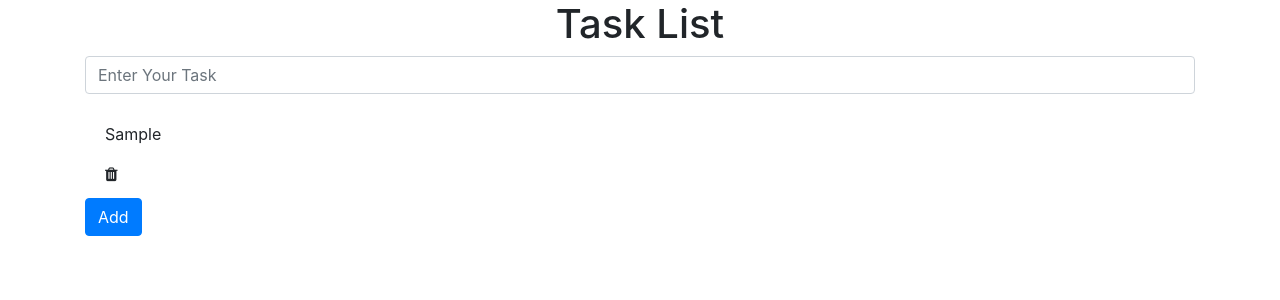
Repository: hoangphuong965/todolist
Page: index.html
These files come from the project's save history. The page is drawn as it stood at one moment and after a run of saves; the edit follows.
The browser window is 1280 px wide. The pictures show the whole page.
Empty fields were first filled with sample values (such as "Sample", 5 or name@example.com).
After loading, the first visible `form.form` was submitted once.

Above is the page before, as saved 2020-09-04 14:19:06.

### index.html
<!DOCTYPE html>
<html lang="en">

<head>
     <meta charset="UTF-8">
     <meta name="viewport" content="width=device-width, initial-scale=1.0">
     <title>Document</title>
     <link rel="stylesheet" href="https://stackpath.bootstrapcdn.com/bootstrap/4.3.1/css/bootstrap.min.css"
          integrity="sha384-ggOyR0iXCbMQv3Xipma34MD+dH/1fQ784/j6cY/iJTQUOhcWr7x9JvoRxT2MZw1T" crossorigin="anonymous">
     <link rel="stylesheet" href="https://maxcdn.bootstrapcdn.com/font-awesome/4.7.0/css/font-awesome.min.css">
     <link rel="stylesheet" href="style.css">
</head>

<body>
     <div class="container">
          <h1 class="text-center">Task List</h1>
          <form class="form">
               <div class="form-group ">
                    <input type="text" class="form-control" style="outline-color: black;" placeholder="Enter Your Task">
               </div>
               <div class="list">
                    <!-- <ol class="list-group list-group-flush">
                         <li class="list-group-item grid">
                              <p>Cras justo odio</p>
                              <i class="fa fa-trash" aria-hidden="true"></i>
                         </li>
                    </ol> -->
               </div>
               <button type="submit" class="btn btn-primary">Add</button>
          </form>
     </div>
     <script src="app.js"></script>
</body>

</html>

### style.css
.grid {
  display: grid;
  grid-template-columns: auto auto;
}
i{
     margin-top: 3px;
     text-align: right;
}

### app.js
const input = document.querySelector("input");
let html = document.querySelector(".list");

const form = document.querySelector(".form");
form.addEventListener("submit", (e) => {
  e.preventDefault();
  add();
});

const add = () => {
  let ul = `
          <ol class="list-group list-group-flush grid">
               <li class="list-group-item">
                    <p>${input.value}</p>
                    <i class="fa fa-trash" aria-hidden="true"></i>
               </li>
          </ol>
     `;
  input.value = "";
  html.innerHTML += ul;
};

After the next 2 saves:
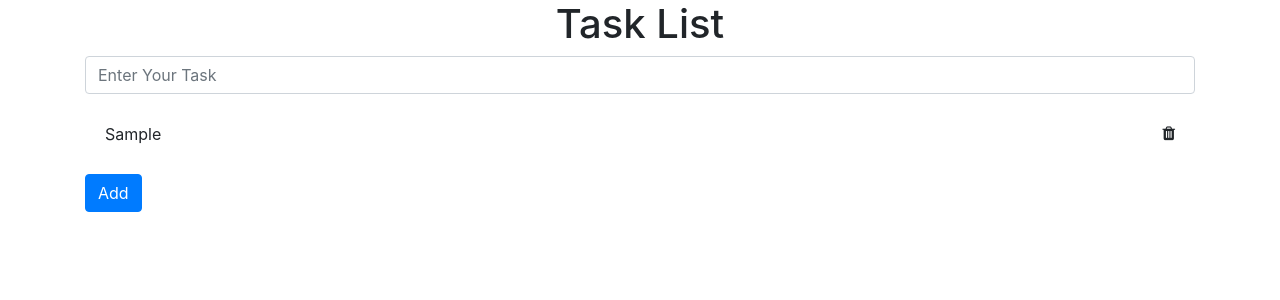
The 2 saves are shown as one change because they came seconds apart.
The last was saved 33 s later.
--- a/app.js
+++ b/app.js
@@ -9,8 +9,8 @@ form.addEventListener("submit", (e) => {
 
 const add = () => {
   let ul = `
-          <ol class="list-group list-group-flush grid">
-               <li class="list-group-item">
+          <ol class="list-group list-group-flush ">
+               <li class="list-group-item grid">
                     <p>${input.value}</p>
                     <i class="fa fa-trash" aria-hidden="true"></i>
                </li>
